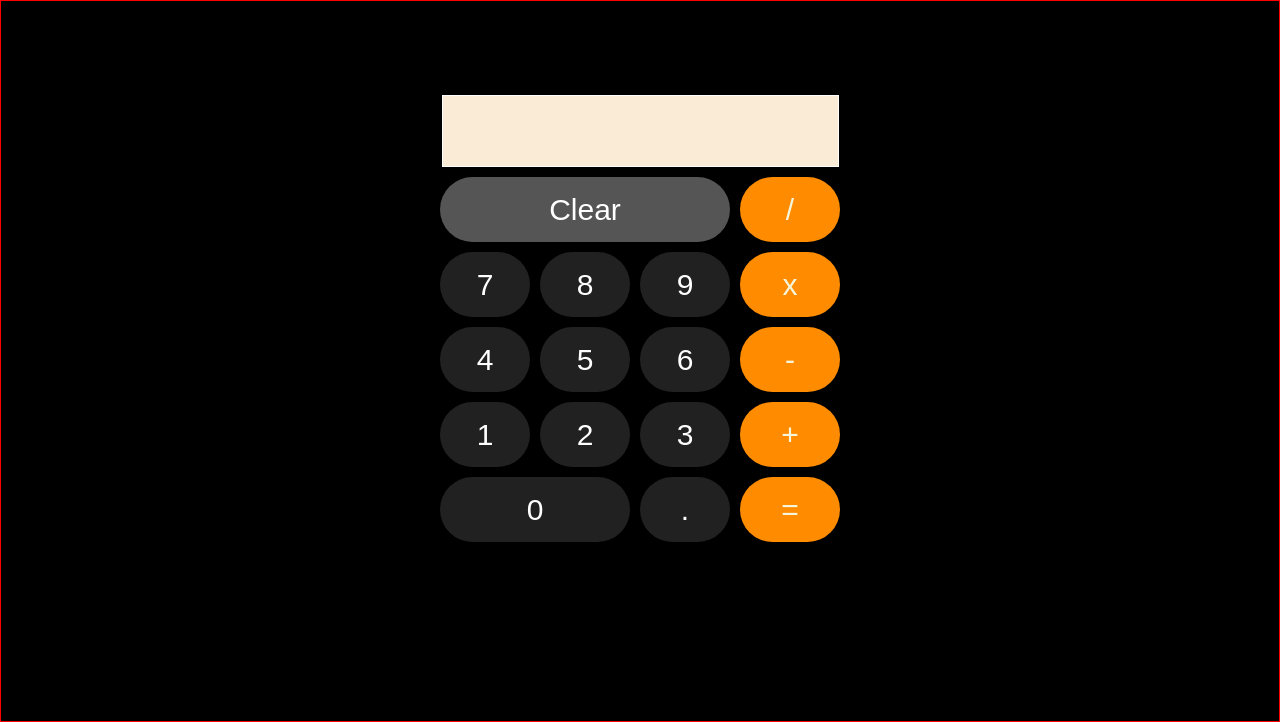
Repository: kocokoy/Calculator
Page: index.html
The author's editor kept a copy of each file at every save. The page is drawn from the files as they stood at one save, then again after the next save.
The browser window is 1280 px wide. The pictures show the whole page.

Above is the page before, as saved 2024-10-22 16:47:36.

### index.html
<!DOCTYPE html>
<html lang="en">
<head>
  <meta charset="UTF-8">
  <meta name="viewport" content="width=device-width, initial-scale=1.0">
  <link rel="stylesheet" href="/style.css">
  <title>Document</title>
</head>
<body>
  <div class="container">
    <div class="output-number">
      <div class="number"></div>
    </div>
    <div class="calculator-container">
      <div class="number-and-clear-container">
        <div class="clear-button-container">
        </div>
        <div class="number-container">

        </div>
        <div class="zero-button-container">
        </div>
      </div>
      <div class="operator-container"></div>
    </div>
  </div>
  <script src="/script.js"></script>
</body>
</html>

### style.css
body{
  padding: 0;
  margin: 0;
  height: 100%;
  background-color: black;
  font-family: Arial, Helvetica, sans-serif;
}
button{
  border: none;
  border-radius: 100px;
  height: 65px;
  margin: 0;
  padding: 0;
  font-size: 30px;
  cursor: pointer;
}
.container{
  display: flex;
  align-items: center;
  justify-content: center;
  flex-direction: column;
  height: 100vh;
  border: 1px solid red;
}
.calculator-container{
  display: flex;
  align-items: center;
  justify-content: center;
}
.number-and-clear-container{
  height: 450px;
  width: 300px;
  display: block;
}
.clear-button-container{
  display: grid;
  grid-template-columns: 1fr;
  margin-bottom: 10px;
}
.clear-button-container button{
  margin-right: 10px;
  background-color: rgb(85, 85, 85);
  color: rgb(255, 255, 255);
}
.number-container{
  display: grid;
  grid-template-columns: 1fr 1fr 1fr;
  direction: rtl;
}
.number-container button{
  margin-bottom: 10px;
  margin-right: 10px;
  background-color: hsl(0, 0%, 13%);
  color: white;
}
.zero-button-container{
  display: grid;
  grid-template-columns: 1fr 100px;
}
.zero-button-container button{
  margin-right: 10px;
  background-color: hsl(0, 0%, 13%);
  color: white;
}

.operator-container{
  height: 450px;
  width: 100px;
  display: flex;
  flex-direction: column;
}
.operator-container button{
  font-size: 30px;
  margin-bottom: 10px;
  color: beige;
  background-color: hsl(33, 100%, 50%);
}

.output-number{
  border: 1px solid white;
  height: 70px;
  width: 395px;
  background-color: antiquewhite;
  margin-bottom: 10px;
  display: flex;
  justify-content: end;
  font-size: 70px;
}

### script.js
const calculatorButton = ['Clear',1,2,3,4,5,6,7,8,9,0,'.'];
const operatorContent = ['/','x','-','+','='];
const numberContainer = document.querySelector('.number-container');
const clearButtonContainer = document.querySelector('.clear-button-container');
const zeroButtonContainer = document.querySelector('.zero-button-container');
const operatorContainer = document.querySelector('.operator-container');
const outputElement = document.querySelector('.number');
// const number = document.querySelector('.number');

let num1 = '';
let num2 = '';
let operator = '';
let result = 0;
let equals ='';
let html = '';

const descendedNumber = calculatorButton.sort((a,b) => b-a)
for(const num of descendedNumber){
    const button = document.createElement('button');
    if(num === 'Clear'){
      button.classList.add('clear-button');
      button.textContent = num;
      clearButtonContainer.appendChild(button);
    }else if(num === 0 || num === '.'){
      button.classList.add('zero-button');
      button.textContent = num;
      zeroButtonContainer.appendChild(button);
    }else{
      button.classList.add('number-button');
      button.textContent = num;
      numberContainer.appendChild(button);
    }
}

operatorContent.forEach(oper => {
  const button = document.createElement('button');
  button.classList.add('operator-button');
  button.textContent = oper;
  operatorContainer.appendChild(button);
});

const operatorButton = document.querySelectorAll('.operator-button');
operatorButton.forEach((operButton,i) => {
  operButton.addEventListener('click', () => {
    if(operButton.textContent != '='){
      operator = operButton.textContent;
      outputElements(operator);
    }else{
      equals = operButton.textContent;
      if(equals === '='){
        console.log(`${num1}${operator}${num2}`)
        operate(num1,num2,operator);
      }
    }

  })
})

const numberButton = document.querySelectorAll('.number-button');
numberButton.forEach((numButton,i) => {
  numButton.addEventListener('click', () => {
    console.log(numButton);
    if (operator === '') {
      num1 += numButton.textContent;
      outputElements(numButton.textContent);
      console.log('Num1:', num1);
    } else {
      num2 += numButton.textContent;
      outputElements(numButton.textContent);
      console.log('Num2:', num2);
    }
  })
})


function outputElements(a){
  if(num1 && num2 && operator && equals){
    outputElement.textContent = '';
    outputElement.textContent = a;
  }else{
    html+=a;
    console.log(html);
    outputElement.textContent = html;
  }
}




function operate(num1,num2,operator){
  number1 = parseInt(num1,10);
  number2 = parseInt(num2,10);
  if(operator === '+'){
    addOperator(number1,number2);
  }else if(operator === '-'){
    minusOperator(number1,number2);
  }else if(operator === '*'){
    timesOperator(number1,number2);
  }else if(operator === '/'){
    divideOperator(number1,number2);
  }
}


const addOperator = (a,b) => {
  console.log(a,b);
  result = a + b;
  outputElements(result);
  return console.log(result);
}

const minusOperator = (a,b) => {
  result = a-b;
  outputElements(result);
  return console.log(result);
}

const timesOperator = (a,b) => {
  result = a*b;
  outputElements(result);
  return console.log(result);
}

const divideOperator = (a,b) => {
  sum = a/b;
  outputElements(result);
  return console.log(result);
}

After the next save:
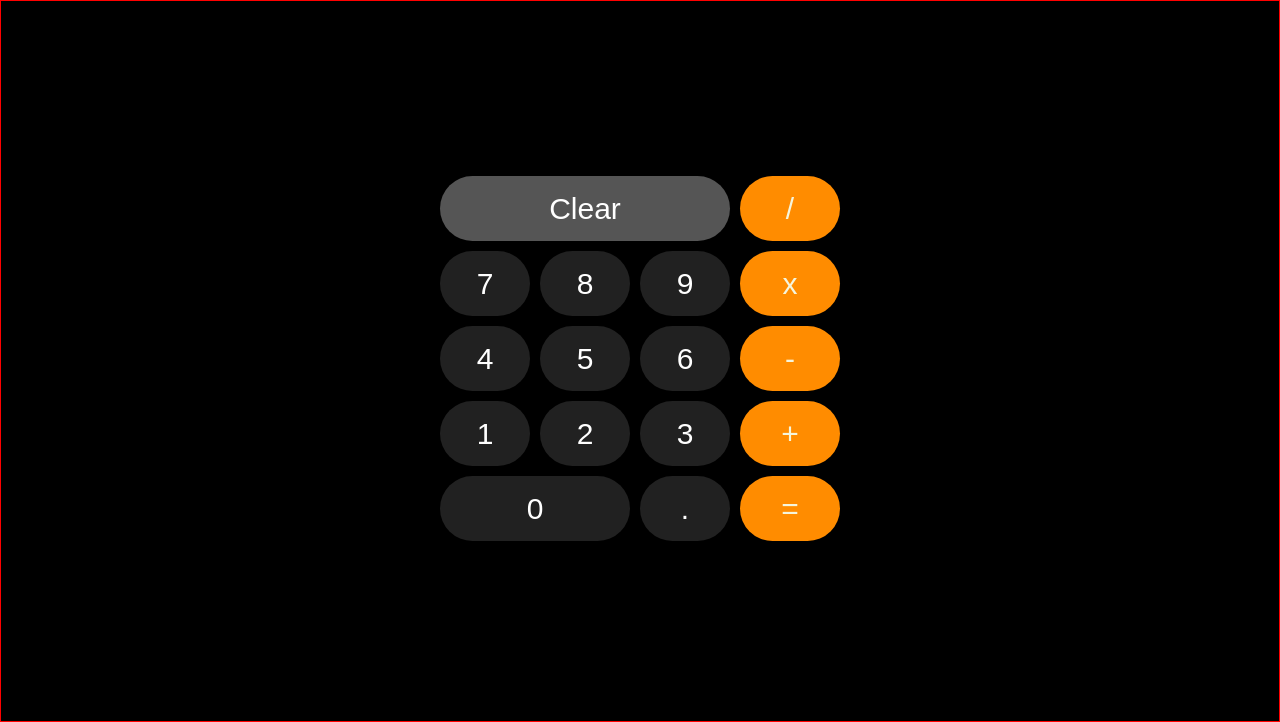
Saved 10 s later.
--- a/style.css
+++ b/style.css
@@ -77,10 +77,8 @@ button{
 }
 
 .output-number{
-  border: 1px solid white;
   height: 70px;
   width: 395px;
-  background-color: antiquewhite;
   margin-bottom: 10px;
   display: flex;
   justify-content: end;
